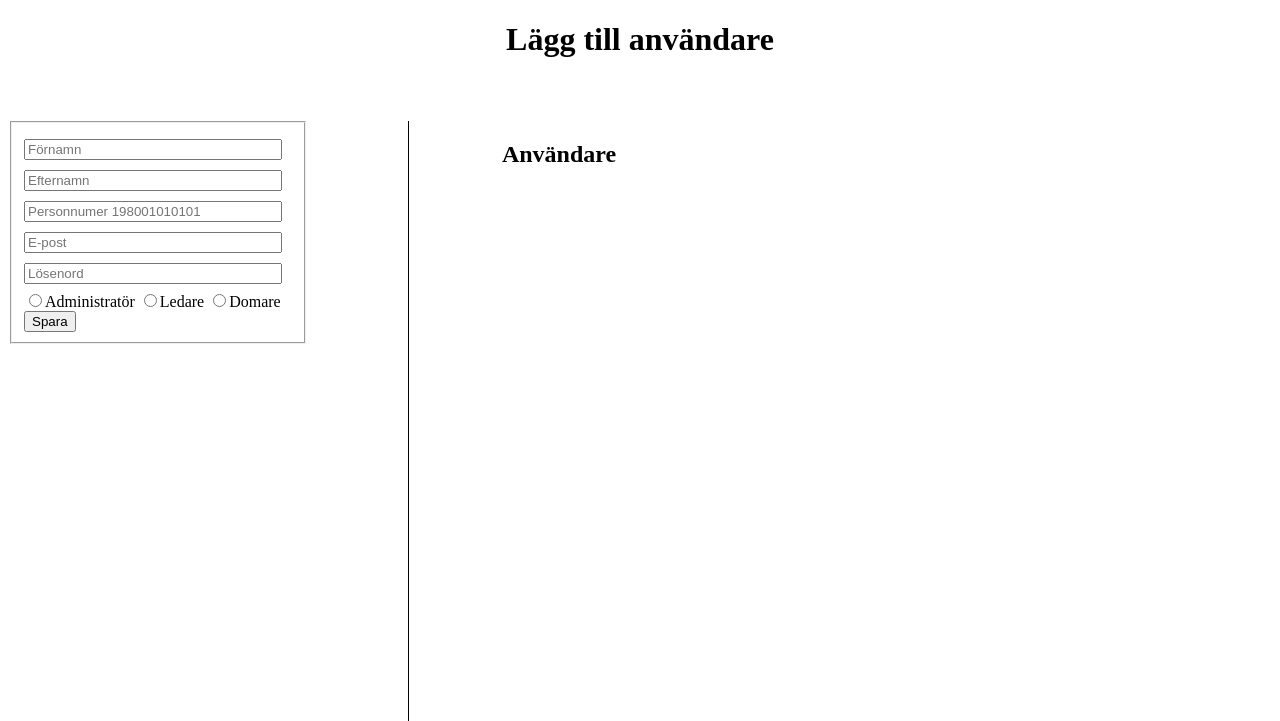
Repository: js223kz/1DV404_HT14_E4_4_JS223KZ
Page: adduser.html
The author's editor kept a record of every edit. The page is drawn from the files as they stood at one moment, then again after the next edit.
The browser window is 1280 px wide. The pictures show the whole page.
Some web fonts or font styles are not loaded; a fallback is used.

Above is the page before.
Console error: TypeError: Cannot read properties of null (reading 'addEventListener')

After the next edit:
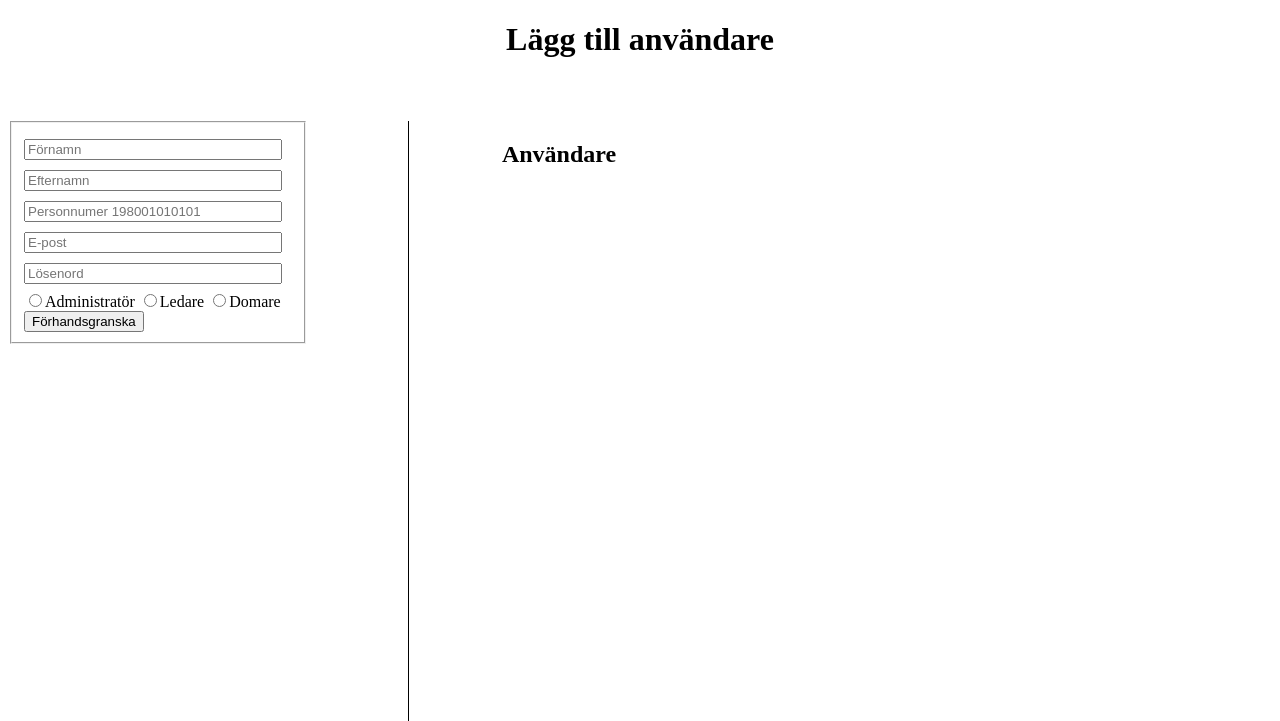
The error is gone.
The edit:
--- a/adduser.html
+++ b/adduser.html
@@ -21,7 +21,7 @@
                     <input id ="administrator" value="Administrator" class="adduserradio" type="radio" name="authority" placeholder="Administratör">Administratör
                     <input id ="leader" value="Leader" class="adduserradio" type="radio" name="authority" placeholder="Ledare">Ledare
                     <input id ="judge" value="Judge" class="adduserradio" type="radio" name="authority" placeholder="Domare">Domare
-                    <button id="saveuserbutton" value="spara">Spara</button>
+                    <button id="previewbutton" value="Förhandsgranska">Förhandsgranska</button>
                 </fieldset>
             </form>
             <aside id="sidebar">
